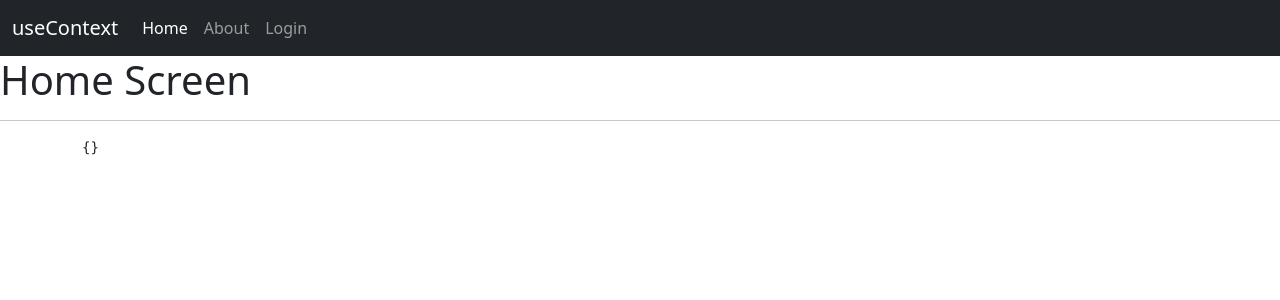
Repository: ppfeliuu/hooks-app
Page: /
The author's editor kept a copy of each file at every save. The page is drawn from the files as they stood at one save, then again after the next save.
The browser window is 1280 px wide. The pictures show the whole page.
The project was rebuilt for these pictures with package versions that can differ from the ones it lists, and the page was loaded fresh each time. A package was used in the major version that the imports need, not the one package.json lists. Also part of the build but not shown: src/components/09-useContext/AboutScreen.js, src/components/09-useContext/LoginScreen.js.

Above is the page before, as saved 2021-05-30 22:06:29.

After the next save:
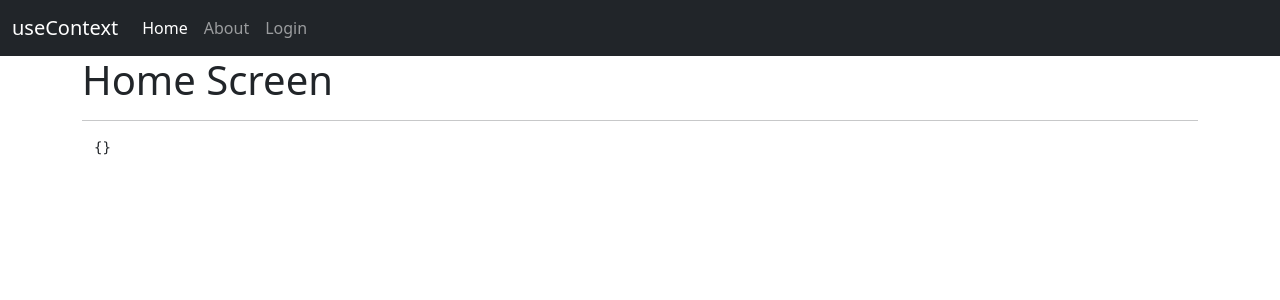
Saved 34 s later.
--- a/src/components/09-useContext/AppRouter.js
+++ b/src/components/09-useContext/AppRouter.js
@@ -15,12 +15,14 @@ export const AppRouter = () => {
     <Router>
       <div>
         <NavBar />
-        <Switch>
-          <Route path="/" exact component={HomeScreen} />
-          <Route path="/about" component={AboutScreen} />
-          <Route path="/login" component={LoginScreen} />
-          <Redirect to="/" />
-        </Switch>
+        <div className="container">
+          <Switch>
+            <Route path="/" exact component={HomeScreen} />
+            <Route path="/about" component={AboutScreen} />
+            <Route path="/login" component={LoginScreen} />
+            <Redirect to="/" />
+          </Switch>
+        </div>
       </div>
     </Router>
   );
